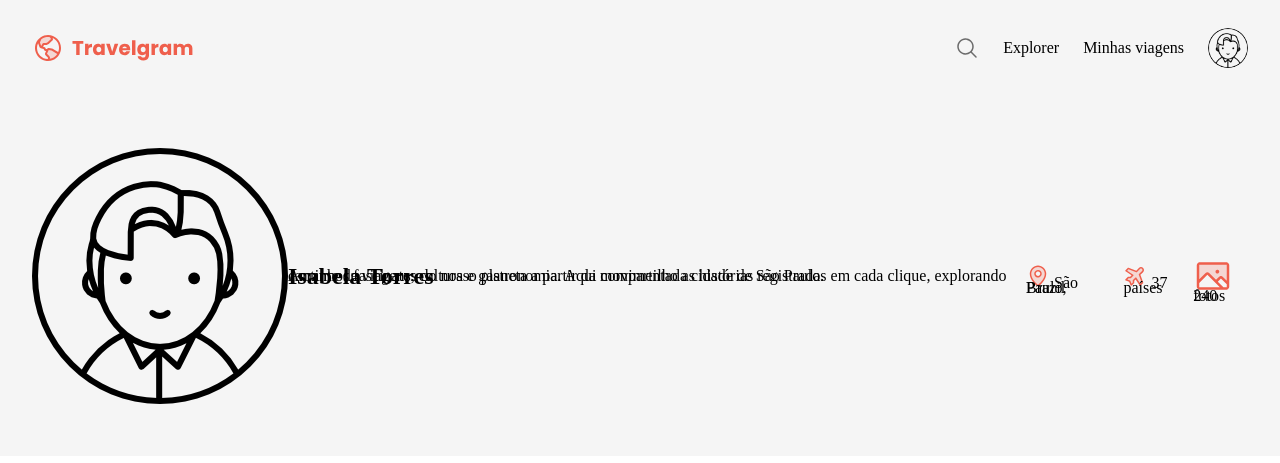
Repository: JeffRodFer/projeto-Travelgran-Rockeseat
Page: index.html
An editor plug-in stored every save of this project. The page is shown before and after a run of saves, followed by the edit.
The browser window is 1280 px wide. The pictures show the whole page.

Above is the page before, as saved 2025-03-22 15:19:22.

After the next 2 saves:
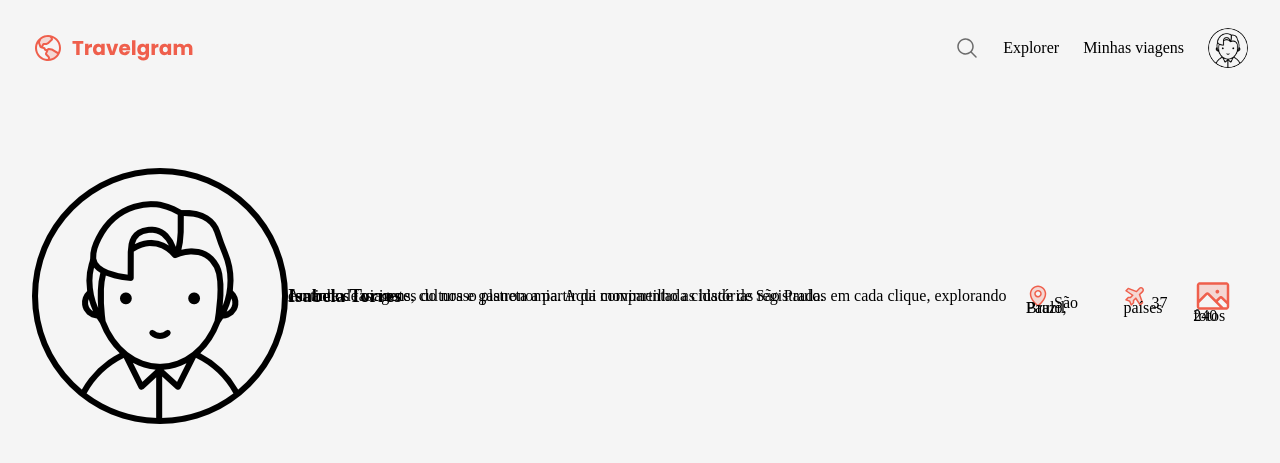
The 2 saves are shown as one change because they came seconds apart.
The last was saved 11 s later.
--- a/index.html
+++ b/index.html
@@ -34,7 +34,7 @@
          </div>
          <div>
                 <header class="bg-surface-color">
-                    <div class="container">
+                    <nav class="container">
                         <nav>
                         <div id="profile">
                             <img src="assets/profi-pic-2.png" alt="imagem do boy">
